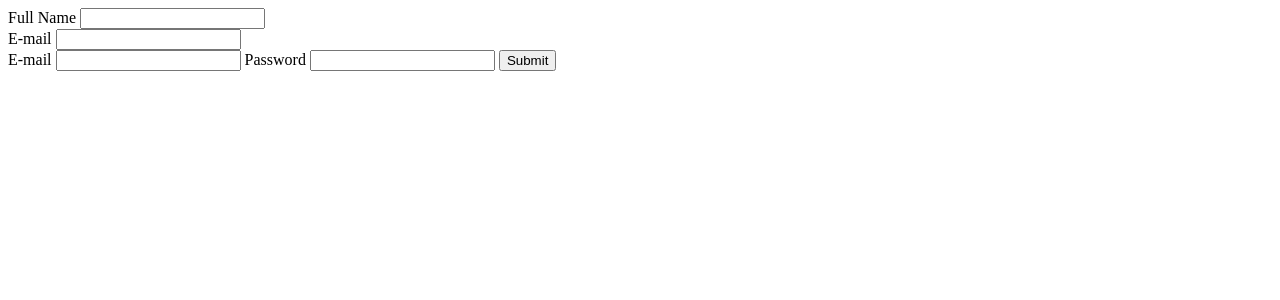
Repository: adiganaveen/Servlets
Page: LoginRegistrationApp/WebContent/index.html
These files come from the project's save history. The page is drawn as it stood at one moment and after the next save; the edit follows.
The browser window is 1280 px wide. The pictures show the whole page.

Above is the page before, as saved 2019-01-22 06:45:53.

### LoginRegistrationApp/WebContent/index.html
<!DOCTYPE html>
<html>
<head>
<meta charset="UTF-8">
<title>Insert title here</title>
</head>
<body>
<form action="login" method="post">
<div>
<label>Full Name</label>
<input type="text" name="name"></div>
<div>
<label>E-mail</label>
<input type="text" name="email"></div>
<label>E-mail</label>
<input type="text" name="email"></div>
<label>Password</label>
<input type="password" name="password"></div>
<input type="submit" >
</form>
</body>
</html>

After the next save:
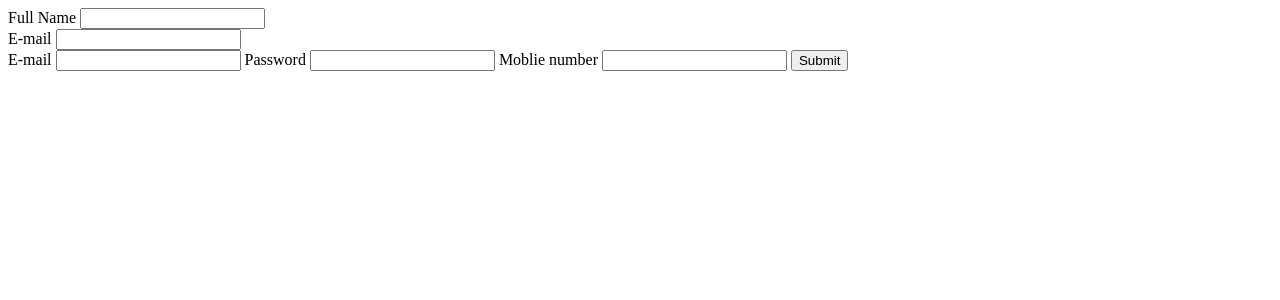
Saved 20 s later.
--- a/LoginRegistrationApp/WebContent/index.html
+++ b/LoginRegistrationApp/WebContent/index.html
@@ -16,6 +16,8 @@
 <input type="text" name="email"></div>
 <label>Password</label>
 <input type="password" name="password"></div>
+<label>Moblie number</label>
+<input type="number" name="password"></div>
 <input type="submit" >
 </form>
 </body>
